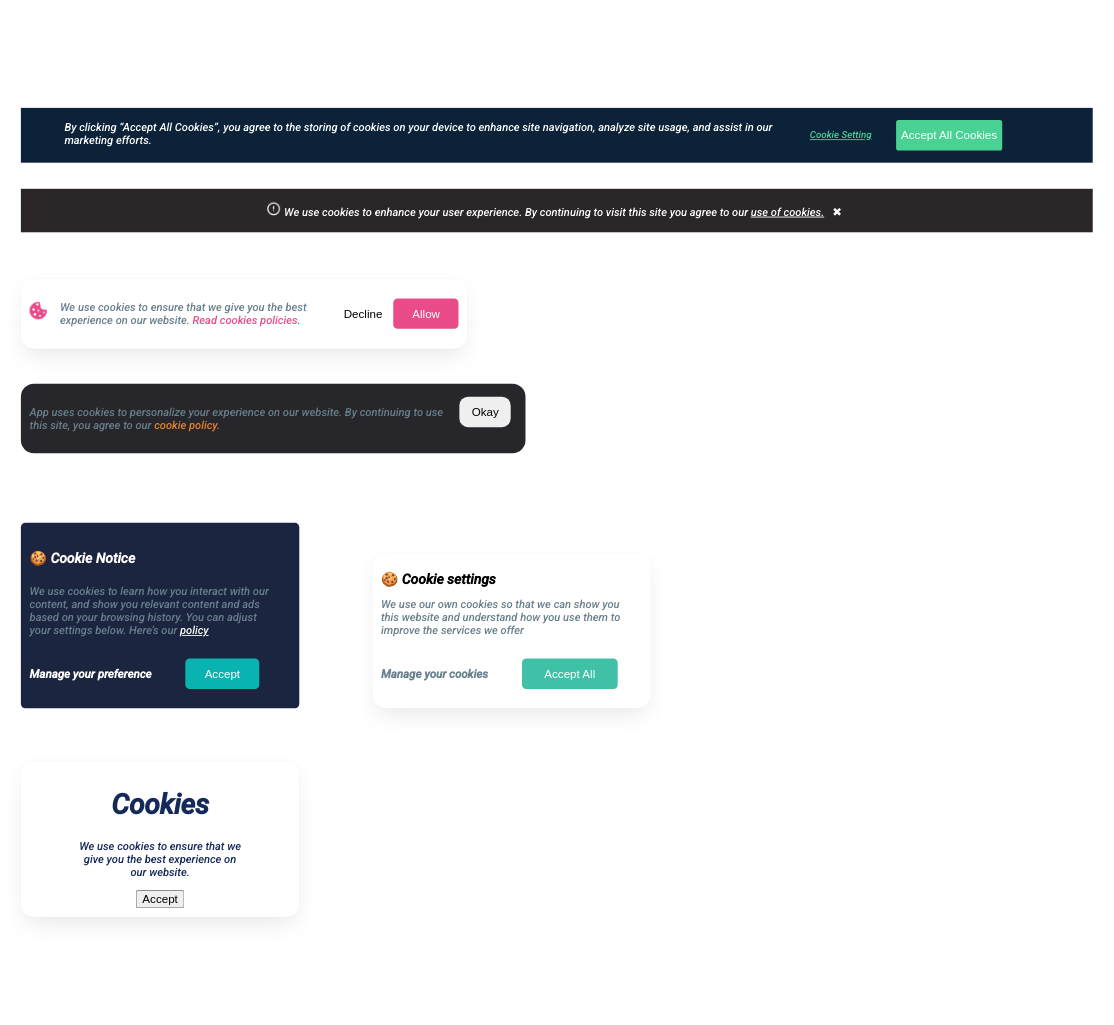
Repository: batonAnton/cursor_cookies_lectr3
Page: index.html
An editor plug-in stored every save of this project. The page is shown before and after the next save, followed by the edit.
The browser window is 1280 px wide. The pictures show the whole page, at 87% of full size.

Above is the page before, as saved 2022-06-01 14:58:56.

### index.html
<!DOCTYPE html>
<html lang="en">
<head>
    <meta charset="UTF-8">
    <meta http-equiv="X-UA-Compatible" content="IE=edge">
    <meta name="viewport" content="width=device-width, initial-scale=1.0">
    <link rel="preconnect" href="https://fonts.googleapis.com">
    <link rel="preconnect" href="https://fonts.gstatic.com" crossorigin>
    <link href="https://fonts.googleapis.com/css2?family=Roboto:ital,wght@1,500&display=swap" rel="stylesheet">
    <link rel="stylesheet" href="/css/style.css">
    <title>Cookie Banner</title>
</head>
<body>
    <div class="container">
        <div class="banner_1">
            <p>By clicking “Accept All Cookies”, you agree to the storing of cookies on your device to enhance site navigation, analyze site usage, and assist in our <br> marketing efforts.</p>
            <a href="#">cookie setting</a>
            <button>accept all cookies</button>
        </div>

        <div class="banner_2">
            <p> <img src="/images/exclamation mark.png" alt="mark"> We use cookies to enhance your user experience. By continuing to visit this site you agree to our <span class="under_span">use of cookies.</span>
                <button><span>&#10006</span></button>
            </div></p>
        </div>

        <div class="banner_3">
            <img src="/images/pink_cookies.png" alt="img cookies">
            <p>We use cookies to ensure that we give you the best <br> experience on our website. <a href="#">Read cookies policies.</a> </p>
            <button class="false_btn">decline</button>
            <button class="true_btn">allow</button>
        </div>

        <div class="banner_4">
            <p>App uses cookies to personalize your experience on our website. By continuing to use <br> this site, you agree to our  <a href="#">cookie policy.</a></p>
            <button>okay</button>
        </div>

        <div class="banner_5">
            <h4>🍪 Cookie Notice</h4>
            <p>We use cookies to learn how you interact with our <br> content, and show you relevant content and ads <br> based on your browsing history. You can adjust <br> your settings below. Here’s our <a href="#">policy</a></p>
            <h5>Manage your preference </h5>
            <button>accept</button>
        </div>

        <div class="banner_6">
            <h4>🍪 Cookie settings</h4>
            <p>We use our own cookies so that we can show you <br> this website and understand how you use them to <br> improve the services we offer</p>
            <h5>Manage your cookies </h5>
            <button>accept all</button>
        </div>

        <div class="banner_7">
            <h1>Cookies</h1>
            <p>We use cookies to ensure that we <br> give you the best experience on <br> our website.</p>
            <button>Accept</button>
        </div>
    </div>
</body>
</html>

### css/style.css
body {
  margin: 124px 24px;
  font-family: "Roboto", sans-serif;
}
p {
  font-size: 0.8rem;
}

.banner_1 {
  width: 100%;
  display: inline-flex;
  background-color: #0b2239;
}

.banner_1 p {
  color: #ffffff;
  margin: 15px 15px 15px 50px;
}

.banner_1 a {
  color: #4ad295;
  margin: 25px 28px;
  font-size: 0.7rem;
  text-transform: capitalize;
}

.banner_1 button {
  color: #ffffff;
  background-color: #4ad295;
  margin: 14px 50px 0px 0px;
  height: 35px;
  text-transform: capitalize;
  border-radius: 3px;
  border: none;
  cursor: pointer;
}

.banner_2 {
  width: 100%;
  margin-top: 30px;
  background-color: #2b2627;
  display: inline-flex;
}

.banner_2 p {
  color: #ffffff;
  margin: 15px auto;
}

.banner_2 button {
  border: none;
  color: #ffffff;
  background-color: #2b2627;
}

.under_span {
  text-decoration: underline;
}

.banner_3 {
  display: inline-flex;
  margin-top: 40px;
  margin-bottom: 40px;
  border-radius: 15px;
  padding: 10px;
  background: #ffffff;
  box-shadow: 0px 12px 24px -6px rgba(96, 96, 96, 0.15),
    0px 0px 1px rgba(96, 96, 96, 0.1);
}

.banner_3 p {
  margin: 15px;
}

.banner_3 img {
  height: 20px;
  margin-top: 17px;
}

.banner_3 a {
  color: #ea4c89;
  text-decoration: none;
}

.false_btn {
  background-color: white;
  border: none;
  text-transform: capitalize;
  margin: 13px 0 13px 15px;
  height: 35px;
  width: 70px;
  cursor: pointer;
}

.true_btn {
  background-color: #ea4c89;
  border: none;
  border-radius: 5px;
  text-transform: capitalize;
  margin: 13px 0 13px 0px;
  height: 35px;
  width: 75px;
  color: #ffffff;
  cursor: pointer;
}

.banner_4 {
  background-color: #26262b;
  color: #ffffff;
  border-radius: 15px;
  padding: 10px;
  display: block;
  width: 560px;
  margin-bottom: 70px;
}

.banner_4 p {
  margin: 15px auto;
  display: inline-flex;
}

.banner_4 a {
  display: contents;
  color: #e6842e;
}

.banner_4 button {
  margin-left: 15px;
  border-radius: 10px;
  width: 59px;
  height: 35px;
  text-transform: capitalize;
  border: none;
}

.banner_5,
.banner_6 h4 {
  margin: 10px 0px;
}

.banner_5 {
  width: 300px;
  background-color: #1c2540;
  color: #ffffff;
  padding: 10px;
  border-radius: 5px;
  display: inline-block;
}

.banner_5 a {
  color: #ffffff;
}

h5 {
  display: inline-flex;
}

.banner_5 button {
  background-color: #09b3af;
  border-radius: 5px;
  border: none;
  margin-left: 35px;
  text-transform: capitalize;
  height: 35px;
  width: 85px;
  color: #ffffff;
}

.banner_6 {
  border-radius: 15px;
  padding: 10px;
  background: #ffffff;
  box-shadow: 0px 12px 24px -6px rgba(96, 96, 96, 0.15),
    0px 0px 1px rgba(96, 96, 96, 0.1);
  display: inline-block;
  width: 300px;
  margin-left: 80px;
}

.banner_6 button {
  background-color: #40c1a7;
  border-radius: 5px;
  border: none;
  margin-left: 35px;
  text-transform: capitalize;
  height: 35px;
  width: 110px;
  color: #ffffff;
}

.banner_6 h5,
p {
  color: #687f8c;
}

.banner_7 {
  padding: 10px;
  background: #ffffff;
  box-shadow: 0px 12px 24px -6px rgba(96, 96, 96, 0.15),
    0px 0px 1px rgba(96, 96, 96, 0.1);
  display: block;
  width: 300px;
  border-radius: 15px;
  margin-top: 50px;
  color: #15295a;
  font-weight: 800;
  text-align: center;
}

.banner_7 p {
  font-weight: 100;
  color: #15295a;
}

After the next save:
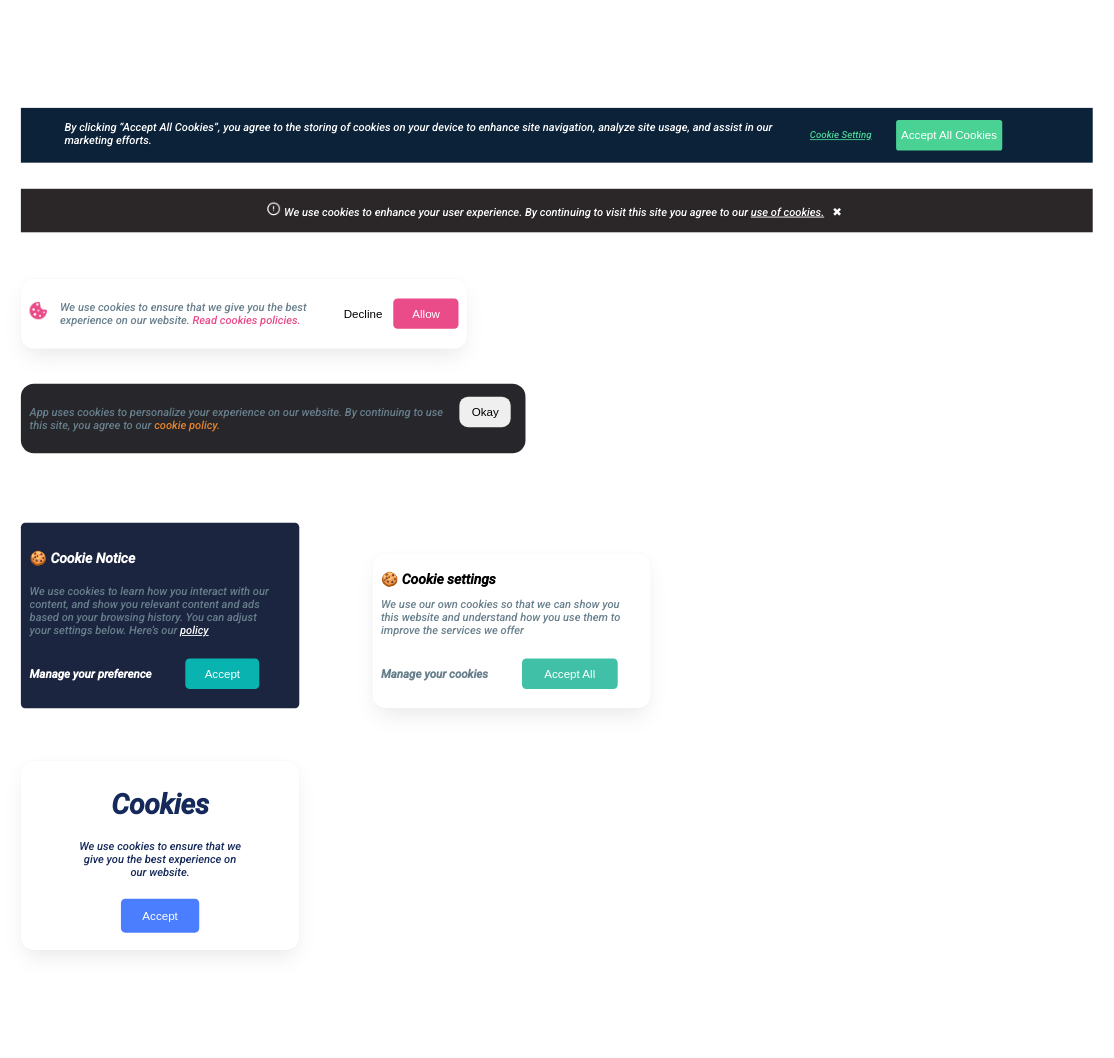
Saved 5 min 12 s later.
--- a/css/style.css
+++ b/css/style.css
@@ -211,3 +211,13 @@ p {
   font-weight: 100;
   color: #15295a;
 }
+
+.banner_7 button {
+  background-color: #4a7eff;
+  border: none;
+  border-radius: 5px;
+  color: #ffffff;
+  width: 90px;
+  height: 39px;
+  margin: 10px 0 10px 0;
+}
